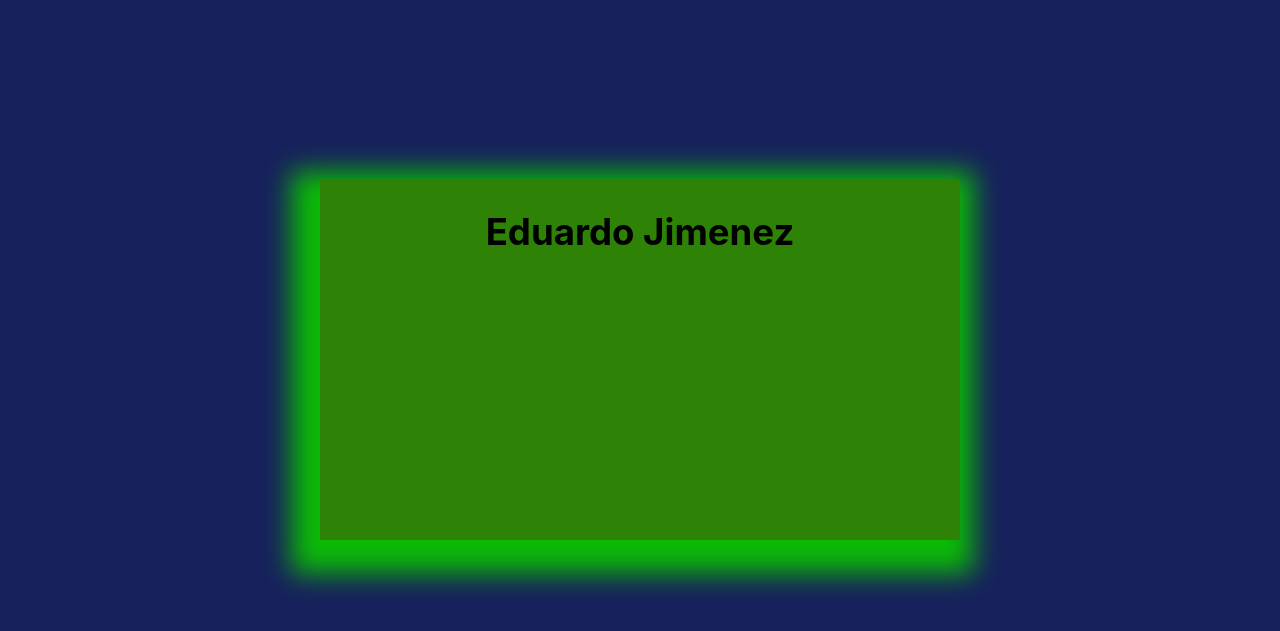
Repository: l8nightswithJS/react-my-portfolio
Page: /
The author's editor kept a copy of each file at every save. The page is drawn from the files as they stood at one save, then again after the next save.
The browser window is 1280 px wide. The pictures show the whole page.
The project was rebuilt for these pictures with package versions that can differ from the ones it lists, and the page was loaded fresh each time.

Above is the page before, as saved 2021-04-22 23:59:43.

### src/App.js
import './App.css';


function App() {
  return (
    <div className="App">
      <header className="App-header">
        <section>
          <h1>Eduardo Jimenez</h1>
        </section>
      </header>
    </div>
  );
}

export default App;

### src/App.css
.App {
  height: 100vh;
  width: 100%;
  text-align: center;
  background-color: rgb(23, 33, 92);
}

section {
  position: fixed;
  top: 0;
  bottom: 0;
  left: 0;
  right: 0;
  background-color: rgb(46, 131, 7);
  height: 50vh;
  width: 50vw;
  margin: auto;
  font-size: calc(10px + 2vmin);
  color: white;
  box-shadow: -1vh 1vw 2vw 3vh rgb(12, 187, 6);
}

h1 {
  color: black;
}

Loaded but not shown: public/index.html (common file); src/index.js (common file); src/index.css (common file); src/reportWebVitals.js (common file)

After the next save:
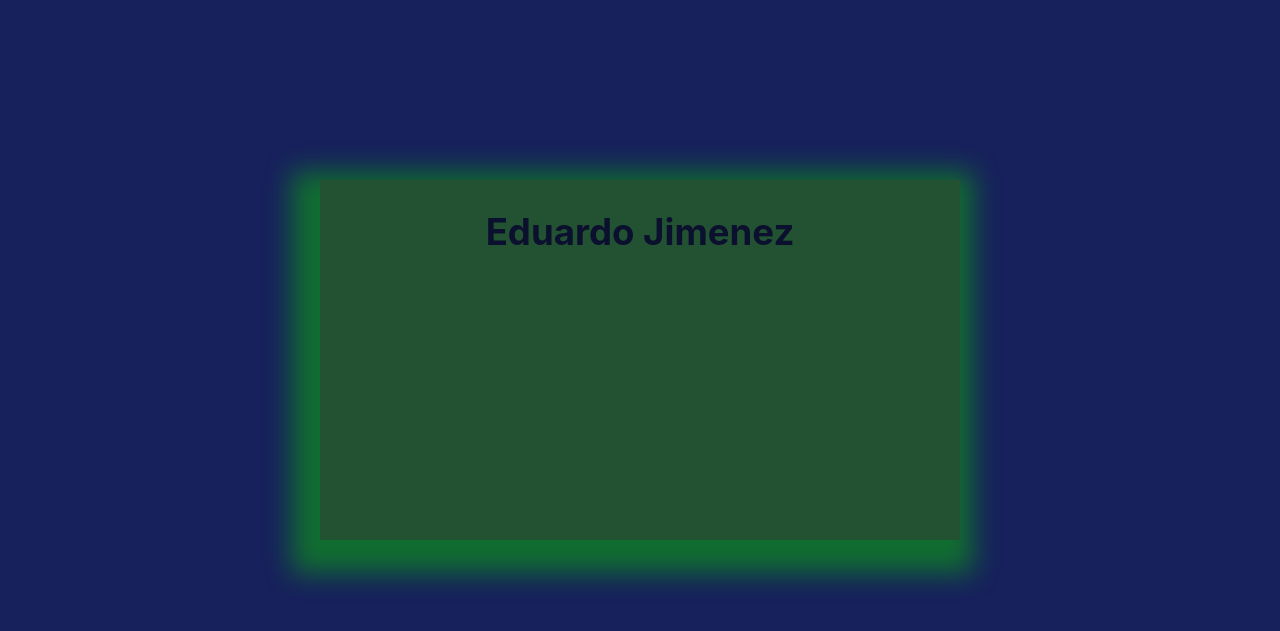
Saved 79 s later.
--- a/src/App.css
+++ b/src/App.css
@@ -18,6 +18,7 @@
   font-size: calc(10px + 2vmin);
   color: white;
   box-shadow: -1vh 1vw 2vw 3vh rgb(12, 187, 6);
+  opacity: .5;
 }
 
 h1 {

After the save that followed:
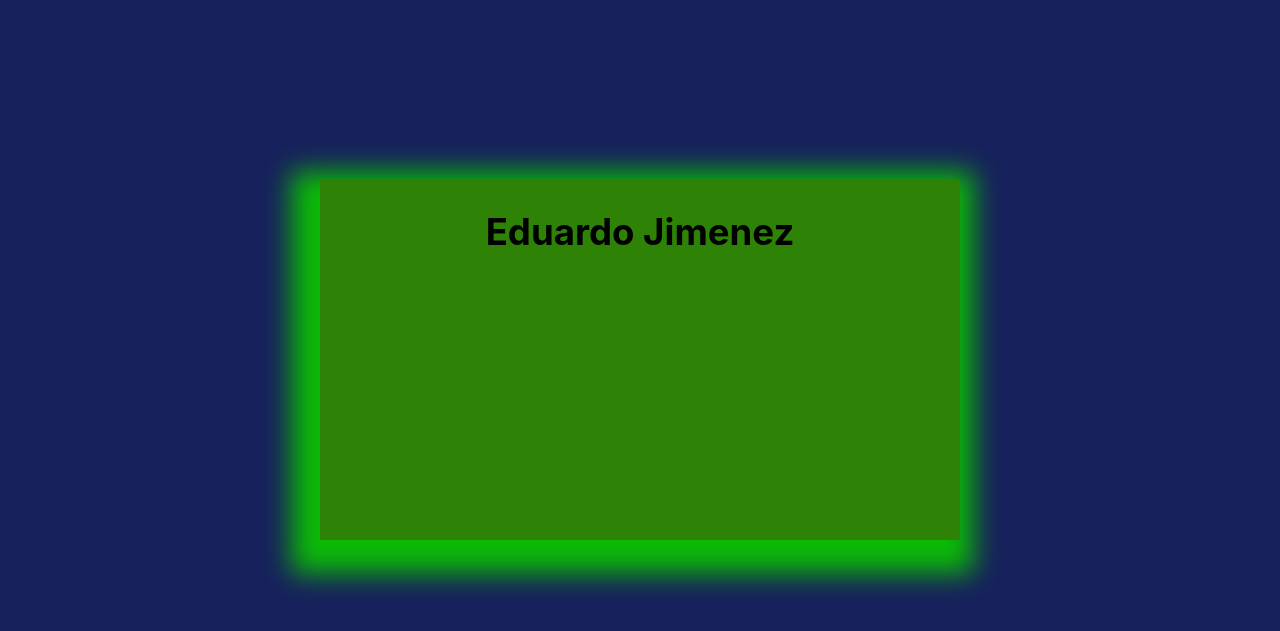
Saved 8 s later.
--- a/src/App.css
+++ b/src/App.css
@@ -18,7 +18,7 @@
   font-size: calc(10px + 2vmin);
   color: white;
   box-shadow: -1vh 1vw 2vw 3vh rgb(12, 187, 6);
-  opacity: .5;
+  opacity: 1;
 }
 
 h1 {
